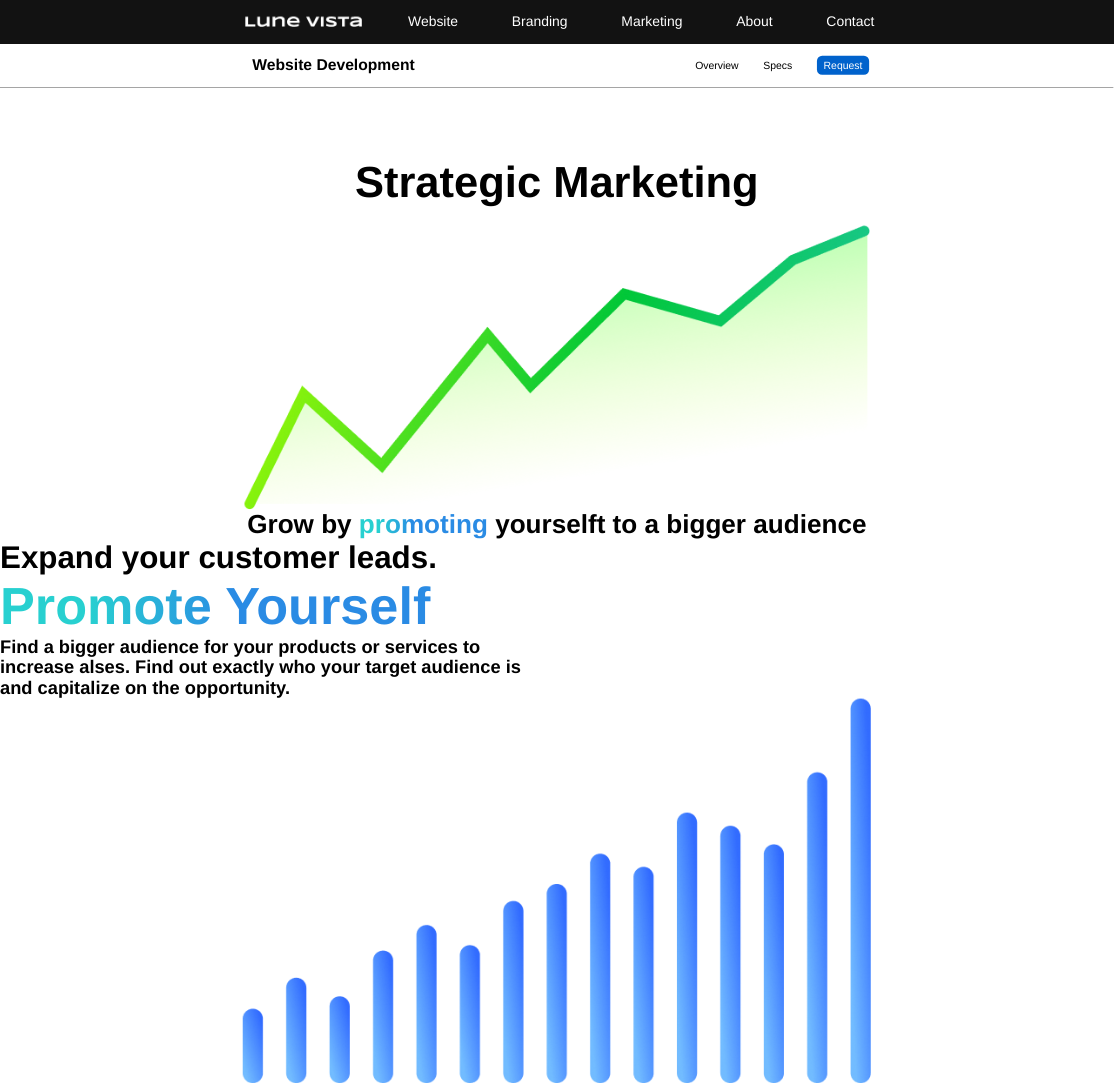
Repository: yoItsTyler/templates
Page: /marketing
An editor plug-in stored every save of this project. The page is shown before and after a run of saves, followed by the edit.
The browser window is 1280 px wide. The pictures show the whole page, at 87% of full size.
Some web fonts or font styles are not loaded; a fallback is used. The project was rebuilt for these pictures with package versions that can differ from the ones it lists, and the page was loaded fresh each time. Also part of the build but not shown: src/components/Branding/styles.module.css, src/components/Branding/Branding.js, src/components/Home/styles.module.css, src/components/Navbar/styles.module.css, src/components/Navbar/Navbar.js, src/components/NavbarMobile/styles.module.css, src/components/NavbarMobile/NavbarMobile.js, src/components/Home/Home.js and 10 more. Imported but missing from the stored project, and not drawn on this page: src/components/Request.

Above is the page before, as saved 2022-12-01 20:51:12.

After the next 2 saves:
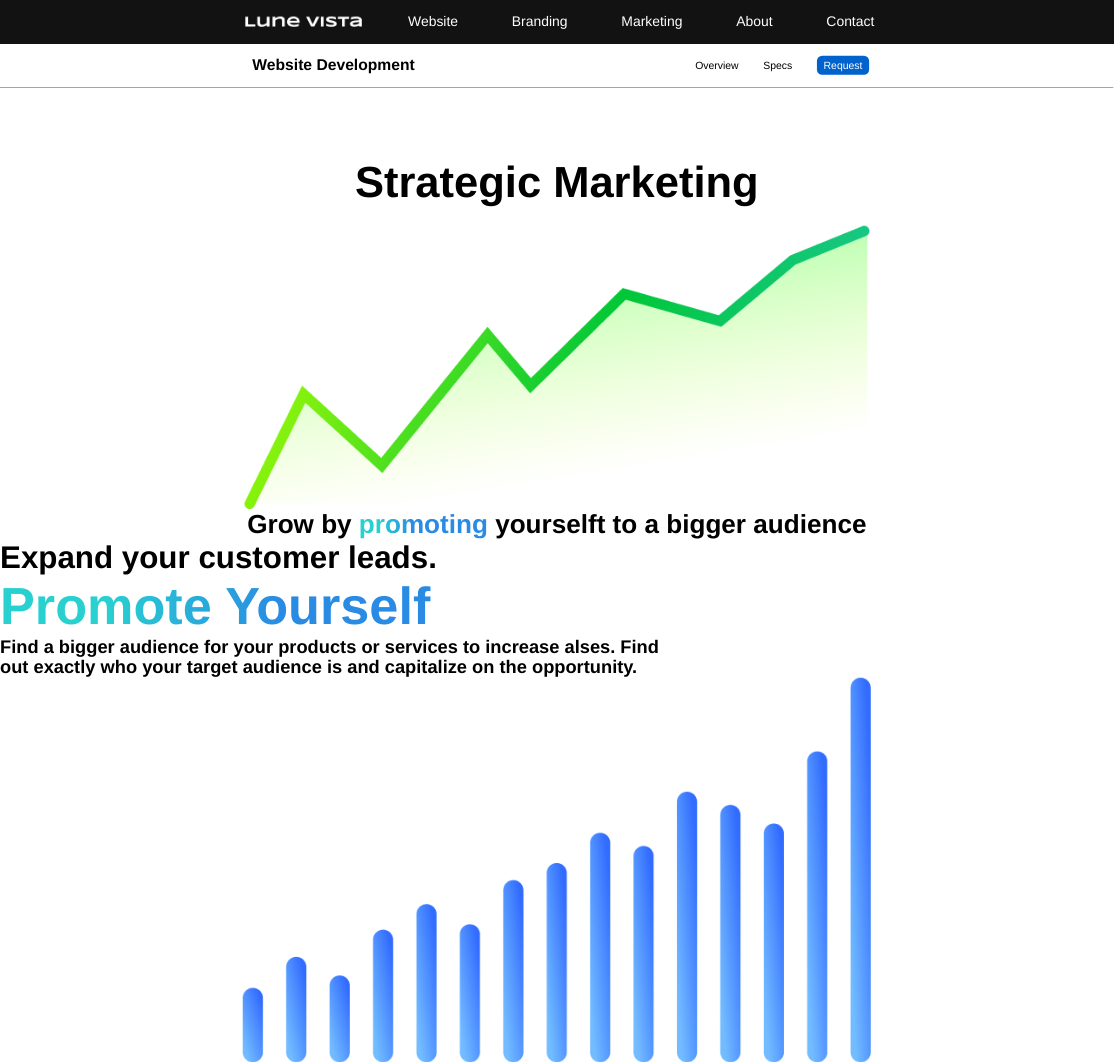
The 2 saves are shown as one change because they came seconds apart.
The last was saved 39 s later.
--- a/src/components/Marketing/styles.module.css
+++ b/src/components/Marketing/styles.module.css
@@ -33,7 +33,8 @@ linear-gradient(90.35deg, #28D0D0 15.73%, #2A8BE4 41.95%);
 
 
 .leftCol{
-    width: 50%;
+
+    max-width: 60%;
 }
 .blueTitle{
     background:
